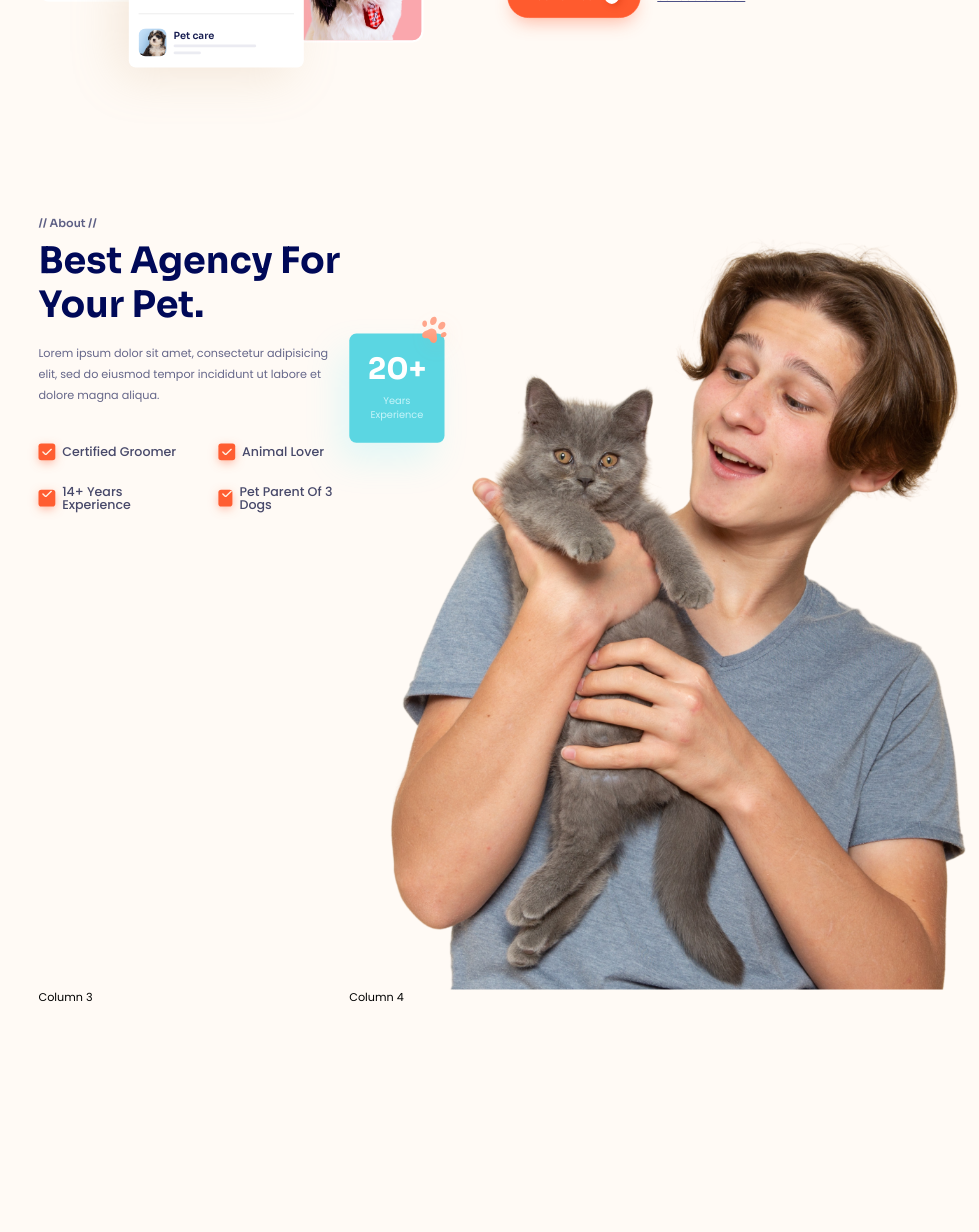
Repository: empty24062002/f8-project-05
Page: index.html
The author's editor kept a copy of each file at every save. The page is drawn from the files as they stood at one save, then again after the next save.
The browser window is 1280 px wide. The page is 1399 px wide, then 1280 px, so the pictures cover 1399 px, including what lies to the right of the window. The pictures show the part of the page from y = 662 to 2422 px (the page is 10965 px tall), at 70% of full size.

Above is the page before, as saved 2023-09-11 10:18:39.

After the next save:
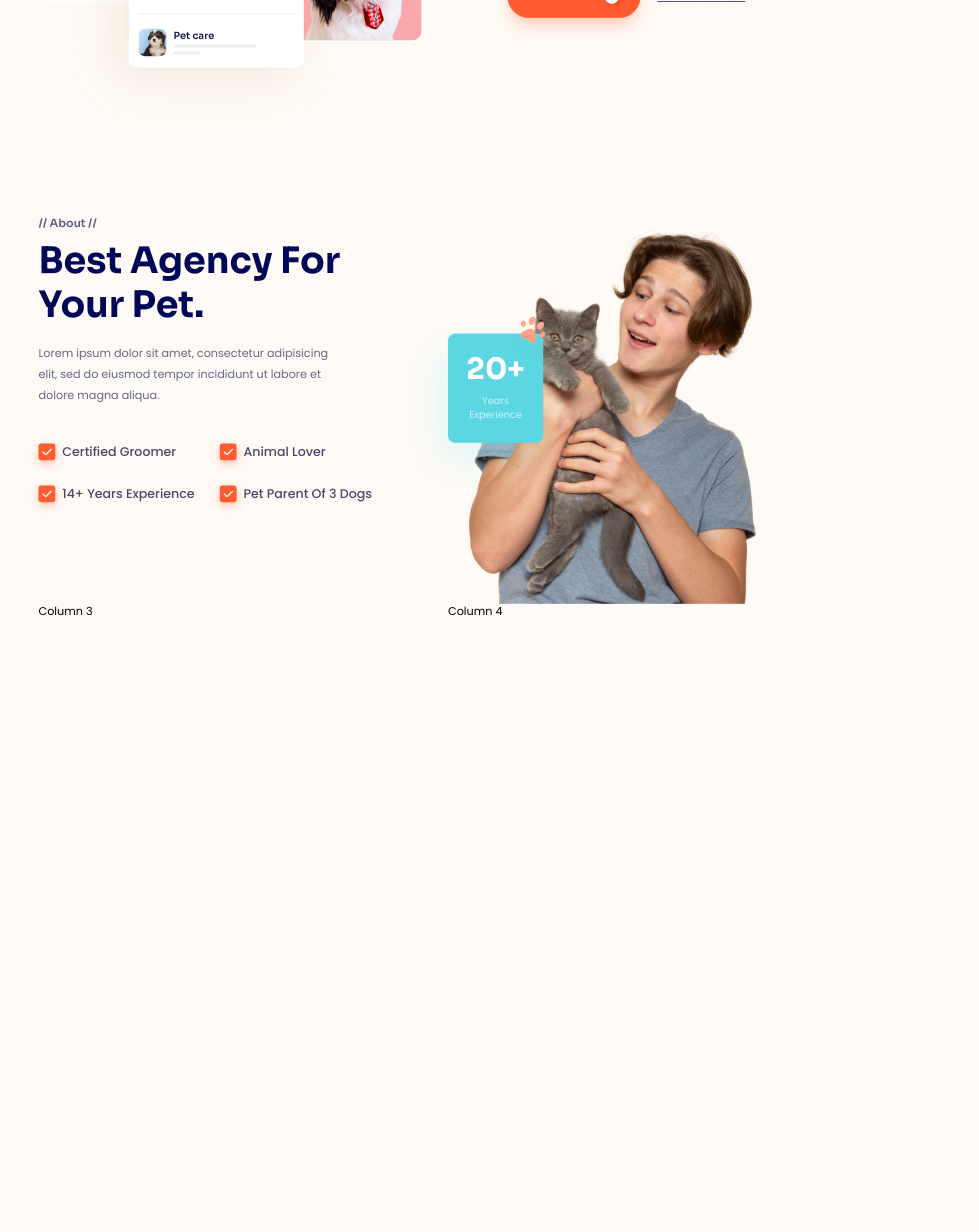
Saved 22 s later.
--- a/assets/css/styles.css
+++ b/assets/css/styles.css
@@ -396,3 +396,7 @@ a {
 .about__img-wrap {
     width: 494px;
 }
+
+.about__img {
+    width: 450px;
+}
